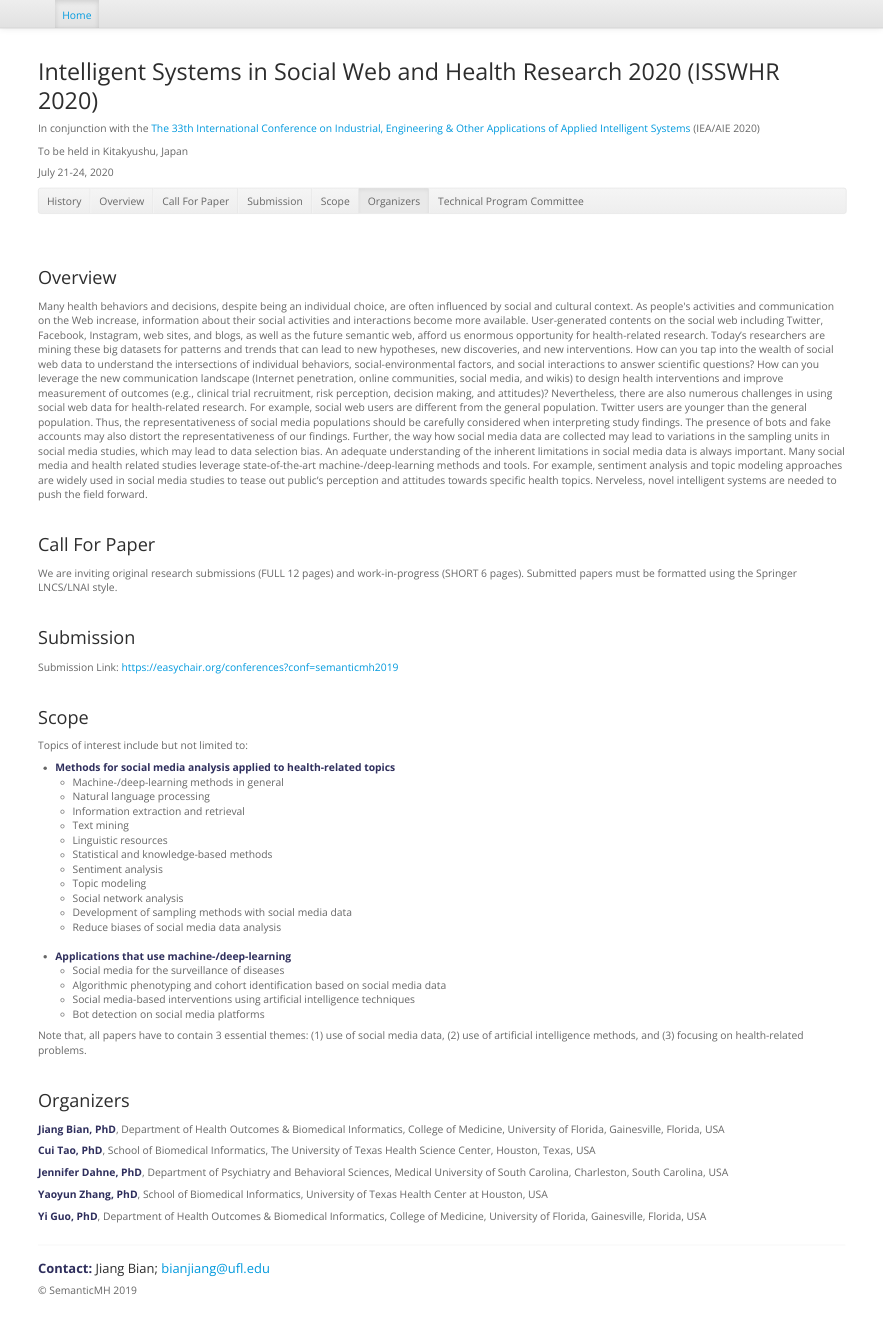
Repository: bianjiang/semantics-powered.org
Page: ISSWHR-2020/index.html
An editor plug-in stored every save of this project. The page is shown before and after the next save, followed by the edit.
The browser window is 1280 px wide. The pictures show the whole page, at 69% of full size.
Some web libraries are served in a nearby version.

Above is the page before, as saved 2019-10-26 17:05:22.
Console error (its wording comes from the project's code and is left out).

### ISSWHR-2020/index.html
<!DOCTYPE html>
<!--[if lt IE 7]>      <html class="no-js lt-ie9 lt-ie8 lt-ie7"> <![endif]-->
<!--[if IE 7]>         <html class="no-js lt-ie9 lt-ie8"> <![endif]-->
<!--[if IE 8]>         <html class="no-js lt-ie9"> <![endif]-->
<!--[if gt IE 8]><!-->
<html class="no-js">
<!--<![endif]-->

<head>
  <meta charset="utf-8">
  <meta http-equiv="X-UA-Compatible" content="IE=edge,chrome=1">
  <title></title>
  <meta name="description" content="">
  <meta name="viewport" content="width=device-width">

  <link rel="stylesheet" href="css/bootstrap.min.css">
  <style>
    body {
      padding-top: 60px;
      padding-bottom: 40px;
    }
  </style>
  <link rel="stylesheet" href="css/bootstrap-responsive.min.css">
  <link rel="stylesheet" href="css/main.css">

  <script src="js/vendor/modernizr-2.6.2-respond-1.1.0.min.js"></script>
</head>

<body class="preview" id="top" data-spy="scroll" data-target=".subnav" data-offset="80">
  <!--[if lt IE 7]>
            <p class="chromeframe">You are using an <strong>outdated</strong> browser. Please <a href="http://browsehappy.com/">upgrade your browser</a> or <a href="http://www.google.com/chromeframe/?redirect=true">activate Google Chrome Frame</a> to improve your experience.</p>
        <![endif]-->

  <!-- This code is taken from http://twitter.github.com/bootstrap/examples/hero.html -->

  <div class="navbar navbar-fixed-top">
    <div class="navbar-inner">
      <div class="container">

        <a class="btn btn-navbar" data-toggle="collapse" data-target=".nav-collapse">
                        <span class="icon-bar"></span>
                        <span class="icon-bar"></span>
                        <span class="icon-bar"></span>
                    </a>
        <a class="brand" href="#">&nbsp;</a>
        <div class="nav-collapse collapse">
          <ul class="nav">
            <li class="active"><a href="#">Home</a></li>
            <!--
                            <li><a href="#aboutxx">About</a></li>
                            <li><a href="#contact">Contact</a></li>
                            -->
          </ul>
        </div>

      </div>

    </div>
  </div>

  <div class="container">

    <!-- Main hero unit for a primary marketing message or call to action -->
    <!--
            <div class="hero-unit">
                <h1>Hello, world!</h1>
                <p>This is a template for a simple marketing or informational website. It includes a large callout called the hero unit and three supporting pieces of content. Use it as a starting point to create something more unique.</p>
                <p><a class="btn btn-primary btn-large">Learn more &raquo;</a></p>
            </div>
            -->
    <!-- Masthead
================================================== -->
    <header class="jumbotron subhead" id="overview">
      <div class="row">
        <div class="span12">
          <br/>
          <h2>Intelligent Systems in Social Web and Health Research 2020 (ISSWHR 2020)</h2>
          <p>In conjunction with the <a href="https://jsasaki3.wixsite.com/ieaaie2020" target="_blank">The 33th International Conference on Industrial, Engineering & Other Applications of Applied Intelligent Systems</a> (IEA/AIE 2020)</p>
          <p>To be held in Kitakyushu, Japan</p>
          <p>July 21-24, 2020</p>
        </div>
        <div class="span6">
          <!--
      <div class="bsa well">
          <div id="bsap_1277971" class="bsarocks bsap_c466df00a3cd5ee8568b5c4983b6bb19"></div>
      </div>
    -->
        </div>
      </div>
      <div class="subnav">
        <ul class="nav nav-pills">
          <li><a href="#history">History</a></li>
          <li><a href="#overview">Overview</a></li>
          <!-- <li><a href="#audience">Audience</a></li> -->
          <li><a href="#callforpaper">Call For Paper</a></li>
          <li><a href="#submissions">Submission</a></li>
          <!-- <li><a href="#rational">Rational</a></li>
          <li><a href="#workshopstructure">Workshop Structure</a></li> -->
          <!-- <li><a href="#publicity">Publicity</a></li> -->
          <li><a href="#scope">Scope</a></li>
          <li><a href="#organizers">Organizers</a></li>
          <li><a href="#techprogcom">Technical Program Committee</a></li>
        </ul>
      </div>
    </header>

    <!-- <section id="History">
      <div class="row">
        <div class="span12">
          <h3>History</h3>
          <p>The 1st International Workshop on the Semantics of Mental Health (SemanticMH 2018) was successfully organized and hosted in conjunction with the sixth IEEE International Conference on Healthcare Informatics (ICHI 2018) on June 7th, 2018 in New York City, NY, USA.  Overall, we received 7 high quality submissions and we accepted 6 of them.  The accepted papers were published in the IEEE ICHI 2018 workshop proceedings; and we invited the authors of these 6 accepted papers to submit an extended journal version to a special issue (“Special Issue: Semantics of Mental Health”) in the Health Informatics Journal (IF 3.021).
           All authors presented their work in ICHI 2018; and we have invited two keynote speakers (i.e., Drs. Jessie Tenenbaum and Piper Ranallo) from the Mental Health Informatics Working Group (WG) of the American Medical Informatics Association (AMIA) to present a report from the WG titled, “Mental Health Informatics and Knowledge Representation.”  Overall, SemanticsMH 2018 was highly successful and facilitated the exchange of scholar ideas from a group of interdisciplinary researches.
        </p>
        </div>
      </div>
    </section> -->

    <section id="overview">
      <div class="row">
        <div class="span12">
          <h3>Overview</h3>
          <p>Many health behaviors and decisions, despite being an individual choice, are often influenced by social and cultural context.  As people's activities and communication on the Web increase, information about their social activities and interactions become more available.  User-generated contents on the social web including Twitter, Facebook, Instagram, web sites, and blogs, as well as the future semantic web, afford us enormous opportunity for health-related research.  Today’s researchers are mining these big datasets for patterns and trends that can lead to new hypotheses, new discoveries, and new interventions.  How can you tap into the wealth of social web data to understand the intersections of individual behaviors, social-environmental factors, and social interactions to answer scientific questions?  How can you leverage the new communication landscape (Internet penetration, online communities, social media, and wikis) to design health interventions and improve measurement of outcomes (e.g., clinical trial recruitment, risk perception, decision making, and attitudes)?

            Nevertheless, there are also numerous challenges in using social web data for health-related research.  For example, social web users are different from the general population.  Twitter users are younger than the general population.  Thus, the representativeness of social media populations should be carefully considered when interpreting study findings.  The presence of bots and fake accounts may also distort the representativeness of our findings.  Further, the way how social media data are collected may lead to variations in the sampling units in social media studies, which may lead to data selection bias.  An adequate understanding of the inherent limitations in social media data is always important.

            Many social media and health related studies leverage state-of-the-art machine-/deep-learning methods and tools.  For example, sentiment analysis and topic modeling approaches are widely used in social media studies to tease out public’s perception and attitudes towards specific health topics.  Nerveless, novel intelligent systems are needed to push the field forward.
            </p>
        </div>
      </div>
    </section>

    <!-- <section id="audience">
      <div class="row">
        <div class="span12">
          <h3>Audience</h3>
          <p>The goal of this workshop is to bring experts in the field of natural language processing, knowledge representation, knowledge management, and health data analytics to discuss innovative analytical methods, applications, and tools to address problems in mental health.
        </p>
        </div>
      </div>
    </section> -->

    <section id="callforpaper">
      <div class="row">
        <div class="span12">
          <h3>Call For Paper</h3>
          <p>We are inviting original research submissions (FULL 12 pages) and work-in-progress (SHORT 6 pages).  Submitted papers must be formatted using the Springer LNCS/LNAI style.</p>
        </div>
      </div>
    </section>

    <section id="submissions">
      <div class="row">
        <div class="span12">
          <h3>Submission</h3>
          <p>Submission Link: <a href="https://easychair.org/conferences?conf=semanticmh2019" target="_blank">https://easychair.org/conferences?conf=semanticmh2019</a></p>
        </div>
      </div>
    </section>
    <!-- <section id="rational">
      <div class="row">
        <div class="span12">
          <h3>Rational</h3>
          <p>Our proposed workshop aims to provide an international platform for the researchers and scientists in the mental health communities to demonstrate research progresses, share ideas, address questions, and promote collaborations for better representation and analysis of mental health-related terminologies and clinical and research data.
        </p>
        </div>
      </div>
    </section> -->

    <!-- <section id="workshopstructure">
      <div class="row">
        <div class="span12">
          <h3>Workshop Structure</h3>
          <p>We propose a half-day SemanticMH workshop for this year. We will arrange 3 hours for paper presentations and 1 hour for extensive discussions. Different sessions will be arranged based on the topics of presentations. Depending on the number of papers accepted for presentation, each paper presentation will be restricted to 10-25 minutes for a full-length paper, and 5-15 minutes for a short-length paper. All the papers will be submitted and handled through EasyChair and go through peer reviews by at least two reviewers. After the full papers are accepted, we will work with the Health Informatics editors and reviewers to decide which papers will be formally invited for extension to be included in a thematic series in the Health Informatics journal.
        </p>
        </div>
      </div>
    </section>


    <section id="publicity">
      <div class="row">
        <div class="span12">
          <h3>Publicity</h3>
          <p>Various methods will be used for advertisement, including: (i) posting in email mailing lists and through private emails; (ii) creating a workshop discussion email list address and using it for sharing news and posting, (iii) posting in influential websites, (iv) phone calls to colleagues and friends who may be interested, (v) generating a workshop website dedicated to this event, and inviting potential attendees to visit, and (vi) generating a social networking website in LinkedIn to attract public attention, participation, and discussion. The main difference between the workshop website and the LinkedIn website will be that the workshop website is dedicated for posting the workshop information, and the LinkedIn website is used for social networking.
        </p>
        </div>
      </div>
    </section> -->

    <section id="scope">
      <div class="row">
        <div class="span12">
          <h3>Scope</h3>
          <p>Topics of interest include but not limited to:</p>
          <ul>
            <li>
              <b>Methods for social media analysis applied to health-related topics</b>
              <ul>
                <li>Machine-/deep-learning methods in general</li>
                <li>Natural language processing</li>
                <li>Information extraction and retrieval</li>
                <li>Text mining</li>
                <li>Linguistic resources</li>
                <li>Statistical and knowledge-based methods</li>
                <li>Sentiment analysis</li>
                <li>Topic modeling</li>
                <li>Social network analysis</li>
                <li>Development of sampling methods with social media data</li>
                <li>Reduce biases of social media data analysis</li>
              </ul>
            </li>
            <br>
            <li>
              <b>Applications that use machine-/deep-learning</b>
              <ul>
                <li>Social media for the surveillance of diseases</li>
                <li>Algorithmic phenotyping and cohort identification based on social media data</li>
                <li>Social media-based interventions using artificial intelligence techniques</li>
                <li>Bot detection on social media platforms</li>
              </ul>
            </li>
          </ul>
          <p>Note that, all papers have to contain 3 essential themes: (1) use of social media data, (2) use of artificial intelligence methods, and (3) focusing on health-related problems.</p>
        </div>
      </div>
    </section>

    <section id="organizers">
      <div class="row">
        <div class="span12">
          <h3>Organizers</h3>
          <p><b>Jiang Bian, PhD</b>, Department of Health Outcomes & Biomedical Informatics, College of Medicine, University of Florida, Gainesville, Florida, USA</p>
          <p><b>Cui Tao, PhD</b>, School of Biomedical Informatics, The University of Texas Health Science Center, Houston, Texas, USA</p>
          <p><b>Jennifer Dahne, PhD</b>, Department of Psychiatry and Behavioral Sciences, Medical University of South Carolina, Charleston, South Carolina, USA</p>
          <p><b>Yaoyun Zhang, PhD</b>, School of Biomedical Informatics, University of Texas Health Center at Houston, USA</p></p>
          <p><b>Yi Guo, PhD</b>, Department of Health Outcomes & Biomedical Informatics, College of Medicine, University of Florida, Gainesville, Florida, USA</p></p>
        </div>
      </div>
    </section>

    <!-- <section id="techprogcom">
      <div class="row">
        <div class="span12">
          <h3>Technical Program Committee</h3>
          <p>Comming Soon...</p>
        </div>
      </div>
    </section> -->
    <hr>
    <h4><b>Contact:</b> Jiang Bian; <a href="mailto:bianjiang@ufl.edu">bianjiang@ufl.edu</a></h4>
    <footer>
      <p>&copy; SemanticMH 2019</p>
    </footer>

  </div>
  <!-- /container -->

  <script src="//ajax.googleapis.com/ajax/libs/jquery/1.9.1/jquery.min.js"></script>
  <script>
    window.jQuery || document.write('<script src="js/vendor/jquery-1.9.1.min.js"><\/script>')
  </script>

  <script src="js/vendor/bootstrap.min.js"></script>

  <script src="js/plugins.js"></script>
  <script src="js/main.js"></script>
  <script>
      (function (i, s, o, g, r, a, m) {
i['GoogleAnalyticsObject'] = r; i[r] = i[r] || function () {
        (i[r].q = i[r].q || []).push(arguments)
      }, i[r].l = 1 * new Date(); a = s.createElement(o),
        m = s.getElementsByTagName(o)[0]; a.async = 1; a.src = g; m.parentNode.insertBefore(a, m)
      })(window, document, 'script', 'https://www.google-analytics.com/analytics.js', 'ga');

    ga('create', 'UA-50982144-4', 'auto');
    ga('send', 'pageview');
  </script>
</body>

</html>

Loaded but not shown: ISSWHR-2020/css/bootstrap.min.css (library); ISSWHR-2020/css/bootstrap-responsive.min.css (library); ISSWHR-2020/js/vendor/modernizr-2.6.2-respond-1.1.0.min.js (library); ISSWHR-2020/js/vendor/bootstrap.min.js (library); ISSWHR-2020/js/main.js (95 lines, source omitted); ISSWHR-2020/js/plugins.js (24 lines, source omitted); ISSWHR-2020/css/main.css (463 lines, source omitted)

After the next save:
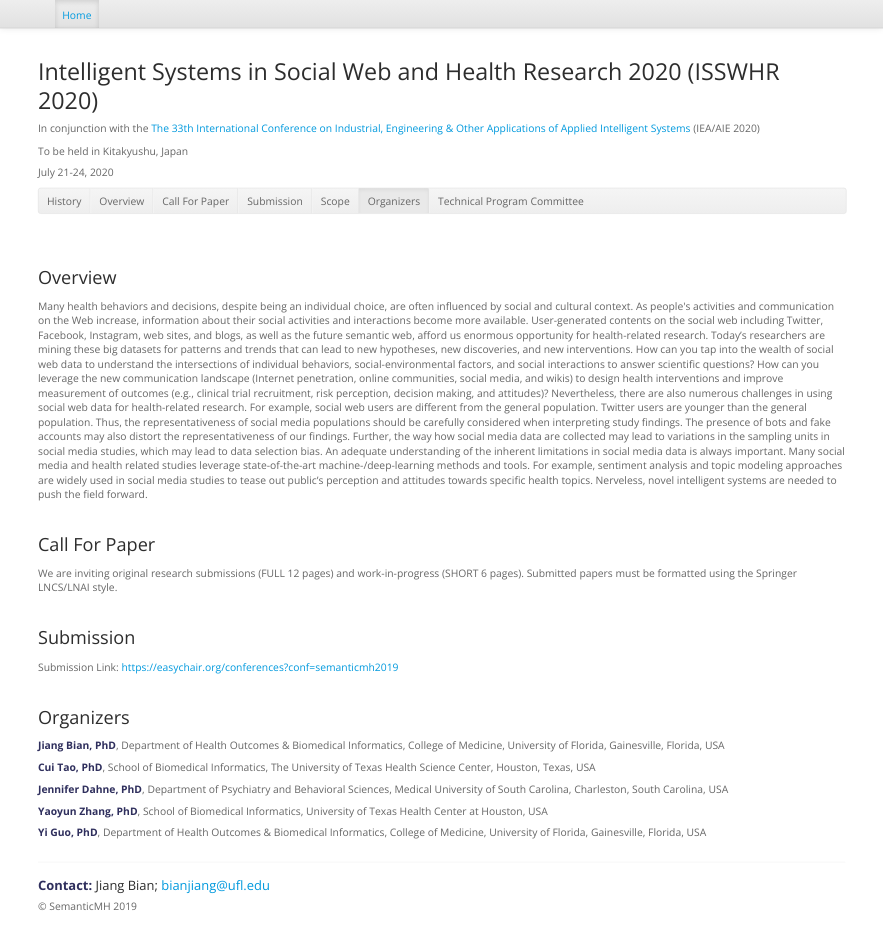
Saved 7 s later.
--- a/ISSWHR-2020/index.html
+++ b/ISSWHR-2020/index.html
@@ -187,43 +187,7 @@
       </div>
     </section> -->
 
-    <section id="scope">
-      <div class="row">
-        <div class="span12">
-          <h3>Scope</h3>
-          <p>Topics of interest include but not limited to:</p>
-          <ul>
-            <li>
-              <b>Methods for social media analysis applied to health-related topics</b>
-              <ul>
-                <li>Machine-/deep-learning methods in general</li>
-                <li>Natural language processing</li>
-                <li>Information extraction and retrieval</li>
-                <li>Text mining</li>
-                <li>Linguistic resources</li>
-                <li>Statistical and knowledge-based methods</li>
-                <li>Sentiment analysis</li>
-                <li>Topic modeling</li>
-                <li>Social network analysis</li>
-                <li>Development of sampling methods with social media data</li>
-                <li>Reduce biases of social media data analysis</li>
-              </ul>
-            </li>
-            <br>
-            <li>
-              <b>Applications that use machine-/deep-learning</b>
-              <ul>
-                <li>Social media for the surveillance of diseases</li>
-                <li>Algorithmic phenotyping and cohort identification based on social media data</li>
-                <li>Social media-based interventions using artificial intelligence techniques</li>
-                <li>Bot detection on social media platforms</li>
-              </ul>
-            </li>
-          </ul>
-          <p>Note that, all papers have to contain 3 essential themes: (1) use of social media data, (2) use of artificial intelligence methods, and (3) focusing on health-related problems.</p>
-        </div>
-      </div>
-    </section>
+
 
     <section id="organizers">
       <div class="row">
